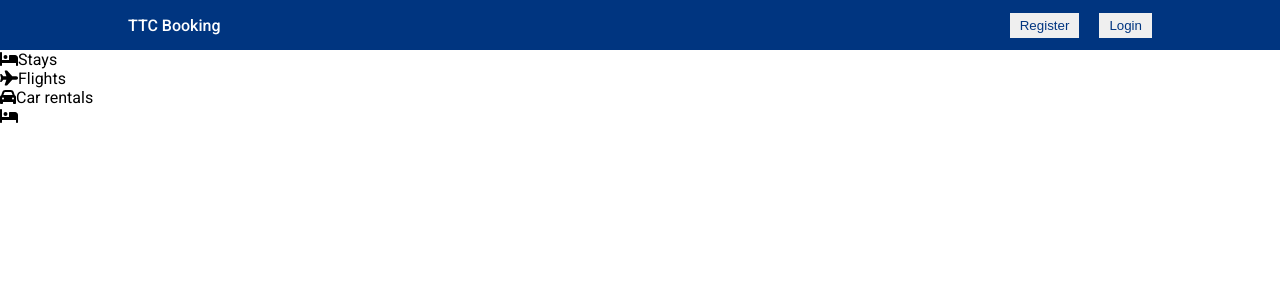
Repository: CarsonDev1/booking-app
Page: /
These files come from the project's save history. The page is drawn as it stood at one moment and after the next save; the edit follows.
The browser window is 1280 px wide. The pictures show the whole page.
The project was rebuilt for these pictures with package versions that can differ from the ones it lists, and the page was loaded fresh each time. Also part of the build but not shown: src/components/header/header.css, src/pages/home/home.css, src/pages/hotel/Hotel.jsx, src/pages/list/List.jsx.

Above is the page before, as saved 2022-12-03 00:27:03.

### public/index.html
<!DOCTYPE html>
<html lang="en">

<head>
  <meta charset="utf-8" />
  <link rel="icon" href="%PUBLIC_URL%/favicon.ico" />
  <meta name="viewport" content="width=device-width, initial-scale=1" />
  <meta name="theme-color" content="#000000" />
  <meta name="description" content="Web site created using create-react-app" />
  <link rel="apple-touch-icon" href="%PUBLIC_URL%/logo192.png" />
  <!--
      manifest.json provides metadata used when your web app is installed on a
      user's mobile device or desktop. See https://developers.google.com/web/fundamentals/web-app-manifest/
    -->
  <link rel="manifest" href="%PUBLIC_URL%/manifest.json" />
  <link rel="preconnect" href="https://fonts.googleapis.com">
  <link rel="preconnect" href="https://fonts.gstatic.com" crossorigin>
  <link
    href="https://fonts.googleapis.com/css2?family=Poppins:ital,wght@0,400;0,500;0,600;0,700;0,800;1,400;1,500;1,600;1,700&family=Roboto:ital,wght@0,300;0,400;0,500;0,700;1,300;1,400;1,500;1,700&display=swap"
    rel="stylesheet">
  <!--
      Notice the use of %PUBLIC_URL% in the tags above.
      It will be replaced with the URL of the `public` folder during the build.
      Only files inside the `public` folder can be referenced from the HTML.

      Unlike "/favicon.ico" or "favicon.ico", "%PUBLIC_URL%/favicon.ico" will
      work correctly both with client-side routing and a non-root public URL.
      Learn how to configure a non-root public URL by running `npm run build`.
    -->
  <title>React App</title>
</head>

<body>
  <noscript>You need to enable JavaScript to run this app.</noscript>
  <div id="root"></div>
  <!--
      This HTML file is a template.
      If you open it directly in the browser, you will see an empty page.

      You can add webfonts, meta tags, or analytics to this file.
      The build step will place the bundled scripts into the <body> tag.

      To begin the development, run `npm start` or `yarn start`.
      To create a production bundle, use `npm run build` or `yarn build`.
    -->
</body>

</html>

### src/index.css
body {
	margin: 0;
	padding: 0;
	box-sizing: border-box;
	font-family: "Roboto", sans-serif;
}

### src/App.js
import { BrowserRouter, Routes, Route } from "react-router-dom";
import Home from "./pages/home/Home";
import Hotel from "./pages/hotel/Hotel";
import List from "./pages/list/List";
function App() {
	return (
		<BrowserRouter>
			<Routes>
				<Route path="/" element={<Home />} />
				<Route path="/hotels" element={<List />} />
				<Route path="/hotels/:id" element={<Hotel />} />
			</Routes>
		</BrowserRouter>
	);
}

export default App;

### src/pages/home/Home.jsx
import Header from "../../components/header/Header";
import Navbar from "../../components/navbar/Navbar";
import "./home.css";

const Home = () => {
	return (
		<div>
			<Navbar />
			<Header />
		</div>
	);
};

export default Home;

### src/components/header/Header.jsx
import { faBed, faCar, faPlane } from "@fortawesome/free-solid-svg-icons";
import { FontAwesomeIcon } from "@fortawesome/react-fontawesome";
import "./header.css";

const Header = () => {
	return (
		<div className="header">
			<div className="headerList">
				<div className="headerListItem">
					<FontAwesomeIcon icon={faBed} />
					<span>Stays</span>
				</div>
				<div className="headerListItem">
					<FontAwesomeIcon icon={faPlane} />
					<span>Flights</span>
				</div>
				<div className="headerListItem">
					<FontAwesomeIcon icon={faCar} />
					<span>Car rentals</span>
				</div>
				<div className="headerListItem">
					<FontAwesomeIcon icon={faBed} />
				</div>
			</div>
		</div>
	);
};

export default Header;

### src/components/navbar/Navbar.jsx
import "./navbar.css";

const NavBar = () => {
	return (
		<div className="navbar">
			<div className="navContainer">
				<span className="logo">TTC Booking</span>
				<div className="navItems">
					<button className="navButton">Register</button>
					<button className="navButton">Login</button>
				</div>
			</div>
		</div>
	);
};

export default NavBar;

### src/components/navbar/navbar.css
.navbar {
	height: 50px;
	background-color: #003580;
	display: flex;
	justify-content: center;
}
.navContainer {
	width: 100%;
	max-width: 1024px;
	color: white;
	display: flex;
	align-items: center;
	justify-content: space-between;
}
.logo {
	font-weight: 500;
}
.navButton {
	margin-left: 20px;
	border: none;
	padding: 5px 10px;
	cursor: pointer;
	color: #003580;
}

Loaded but not shown: src/index.js (common file)

After the next save:
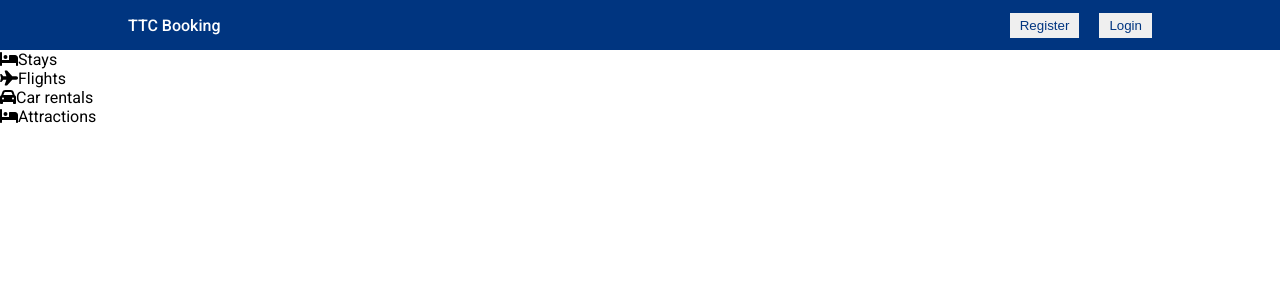
Saved 48 s later.
--- a/src/components/header/Header.jsx
+++ b/src/components/header/Header.jsx
@@ -20,6 +20,7 @@ const Header = () => {
 				</div>
 				<div className="headerListItem">
 					<FontAwesomeIcon icon={faBed} />
+					<span>Attractions</span>
 				</div>
 			</div>
 		</div>
